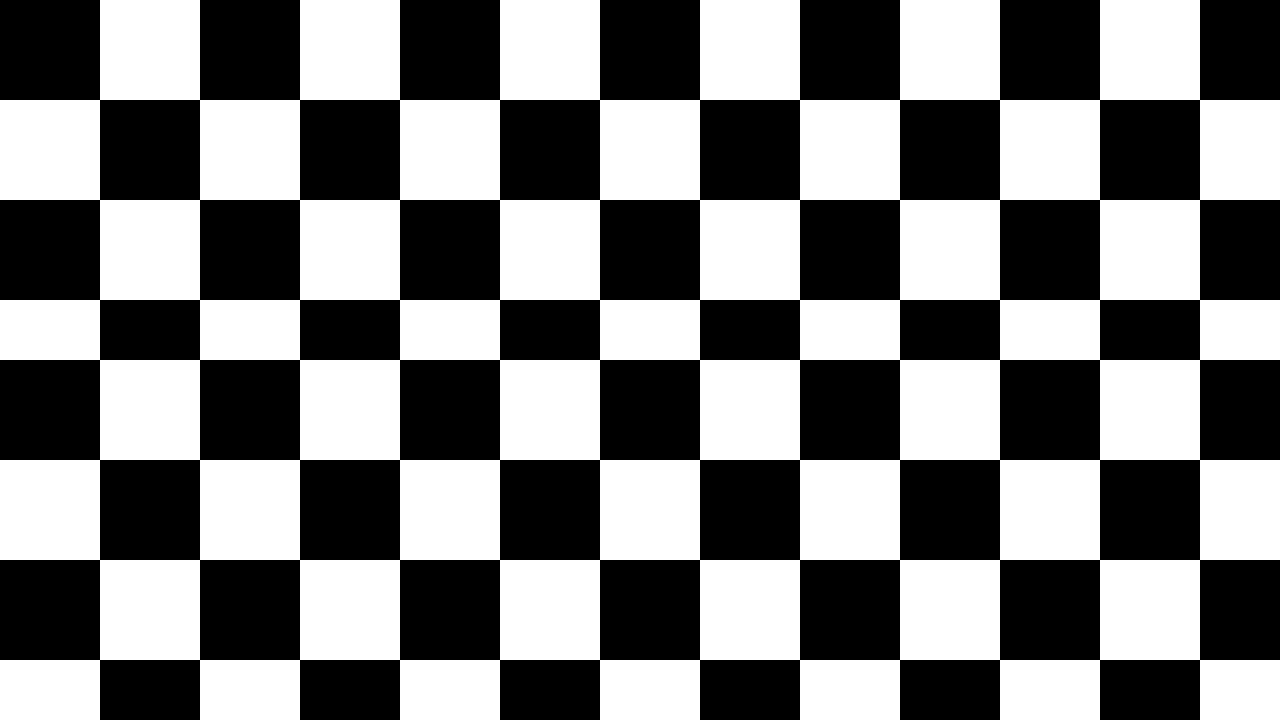
Repository: atwesson/portfoilo
Page: index.html
The author's editor kept a copy of each file at every save. The page is drawn from the files as they stood at one save, then again after a run of saves.
The browser window is 1280 px wide. The pictures show the whole page.

Above is the page before, as saved 2021-11-17 10:06:05.

### index.html
<!DOCTYPE html>
<html lang="en">
<head>
    <meta charset="UTF-8">
    <meta http-equiv="X-UA-Compatible" content="IE=edge">
    <meta name="viewport" content="width=device-width, initial-scale=1.0">
    <link href="https://cdn.jsdelivr.net/npm/bootstrap@5.1.3/dist/css/bootstrap.min.css" rel="stylesheet" integrity="sha384-1BmE4kWBq78iYhFldvKuhfTAU6auU8tT94WrHftjDbrCEXSU1oBoqyl2QvZ6jIW3" crossorigin="anonymous">
    <link rel="stylesheet" type="text/css" href="style.css">
    <title>portfoilo
    </title>
</head>
<body>
    <section>
        <div class="pattern">
            <div class="face face1">
            </div>
            <div class="face face2"></div>
        </div>
    </section>

    <script src="https://cdn.jsdelivr.net/npm/bootstrap@5.1.3/dist/js/bootstrap.bundle.min.js" integrity="sha384-ka7Sk0Gln4gmtz2MlQnikT1wXgYsOg+OMhuP+IlRH9sENBO0LRn5q+8nbTov4+1p" crossorigin="anonymous"></script>
    <script src="scripts.js"></script>
</body>
</html>

### style.css
*
{
    margin: 0;
    padding: 0;
}

section{
    position: fixed;
    top: 0;
    left: 0;
    width: 100%;
    height: 100vh;
    overflow: hidden;
}
.pattern
{
    position: relative;
    transform-style: preserve-3d;
    perspective: 1000px;
}

.pattern .face{
    position: relative;
    width: 100%;
    height: 50vh;
    background: url(check.jpg);
    background-size: 100
}

Loaded but not shown: scripts.js (no stored copy; drawn as an empty file)

After the next 2 saves:
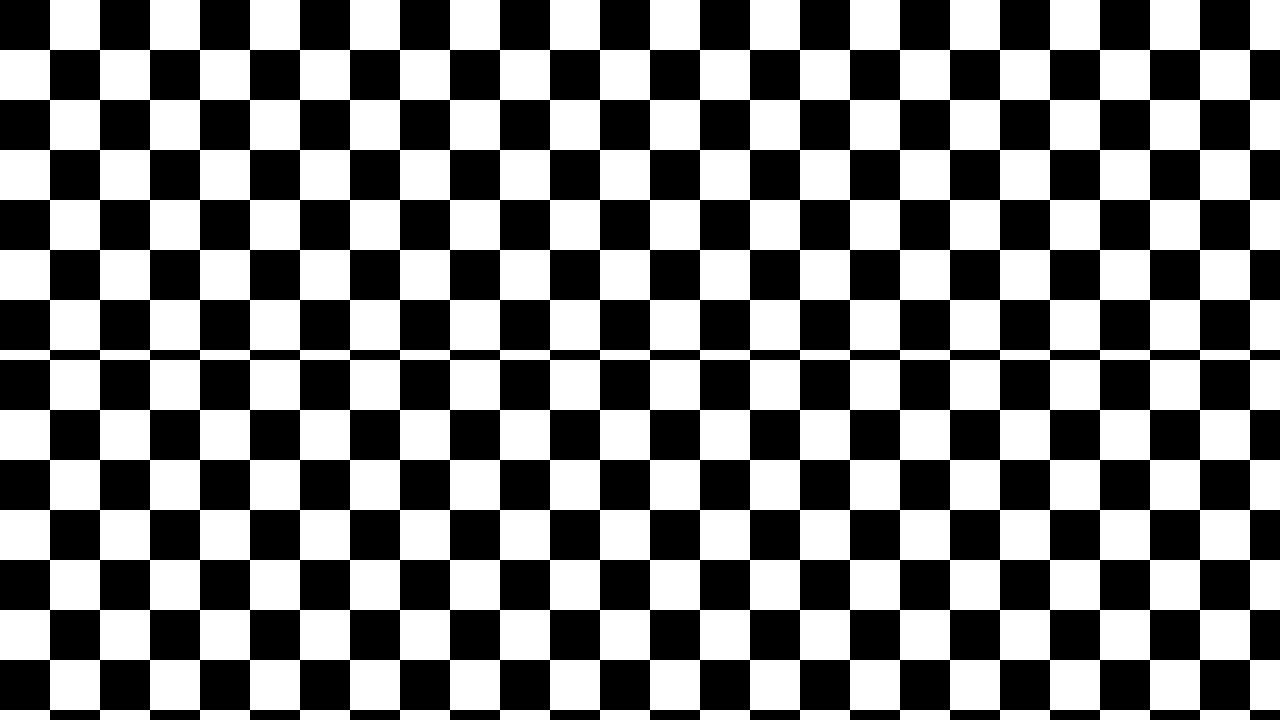
The 2 saves are shown as one change because they came seconds apart.
The last was saved 7 s later.
--- a/style.css
+++ b/style.css
@@ -24,5 +24,5 @@ section{
     width: 100%;
     height: 50vh;
     background: url(check.jpg);
-    background-size: 100
+    background-size: 100px 100px;
 }
